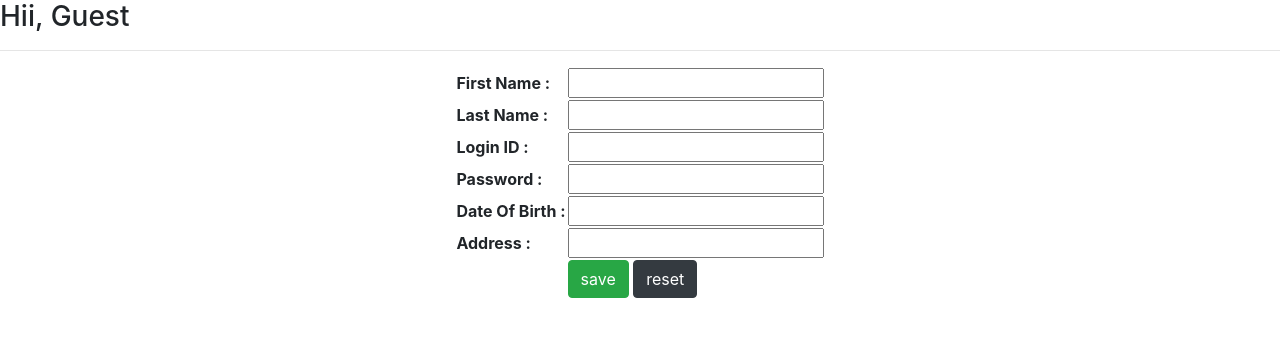
Repository: NikhilKhandait/Spring_MVC
Page: http://localhost/spring-mvc/WEB-INF/pages/UserView.jsp
These files come from the project's save history. The page is drawn as it stood at one moment and after the next save; the edit follows.
The browser window is 1280 px wide. The pictures show the whole page.
Some web libraries are served in a nearby version. The page is served by Tomcat 9. Nobody is signed in. Other server files are loaded and not shown. The template is opened directly, without the code that normally fills it, so the values that code supplies are empty.

Above is the page before, as saved 2024-05-24 06:40:16.

### New folder/Spring-mvc/spring-mvc/src/main/webapp/WEB-INF/pages/UserView.jsp
<%@ page language="java" contentType="text/html; charset=ISO-8859-1"
	pageEncoding="ISO-8859-1"%>
<%@ page isELIgnored="false"%>
<%@taglib uri="http://java.sun.com/jsp/jstl/core" prefix="c"%>
<%@taglib uri="http://www.springframework.org/tags/form" prefix="sf"%>
<%@taglib uri="http://www.springframework.org/tags" prefix="s"%>
<!DOCTYPE html>
<html>
<head>
<meta charset="ISO-8859-1">
<title>Insert title here</title>
</head>
<body>
	<%@ include file="Header.jsp"%>
	<sf:form method="post" modelAttribute="form">
		<div align="center">

			<c:if test="${form.id>0}">
				<h1 style="color: navy">Update User</h1>
			</c:if>
			<c:if test="${form.id==0}">
				<h1 style="color: navy">Add User</h1>
			</c:if>
			<table>
				<tr>
					<th align="left">First Name :</th>
					<td><sf:input path="firstName" /></td>
				</tr>
				<tr>
					<th align="left">Last Name :</th>
					<td><sf:input path="lastName" /></td>
				</tr>
				<tr>
					<th align="left">Login ID :</th>
					<td><sf:input path="login" /></td>
				</tr>
				<tr>
					<th align="left">Password :</th>
					<td><sf:input path="password" /></td>
				</tr>
				<tr>
					<th align="left">Date Of Birth :</th>
					<td><sf:input path="dob" /></td>
				</tr>
				<tr>
					<th align="left">Address :</th>
					<td><sf:input path="address" /></td>
				</tr>
				<tr>
					<th></th>
					<td><input type="submit" name="operation" class="btn btn-success" value="save">
					<input type="submit" name="operation" class="btn btn-dark" value="reset">
					</td>
				</tr>

			</table>
		</div>
	</sf:form>
	<%-- <%@ include file="Footer.jsp"%> --%>
</body>
</html>

### New folder/Spring-mvc/spring-mvc/src/main/webapp/WEB-INF/pages/Header.jsp
<%@ page language="java" contentType="text/html; charset=ISO-8859-1"
	pageEncoding="ISO-8859-1"%>
<%@ page isELIgnored="false"%>
<%@taglib uri="http://java.sun.com/jsp/jstl/core" prefix="c"%>
<%@taglib uri="http://www.springframework.org/tags/form" prefix="sf"%>
<%@taglib uri="http://www.springframework.org/tags" prefix="s"%>
<!DOCTYPE html>
<html>
<head>
<meta charset="ISO-8859-1">
<title>Insert title here</title>
<link rel="stylesheet"
	href="https://use.fontawesome.com/releases/v5.6.3/css/all.css"
	integrity="sha384-UHRtZLI+pbxtHCWp1t77Bi1L4ZtiqrqD80Kn4Z8NTSRyMA2Fd33n5dQ8lWUE00s/"
	crossorigin="anonymous">


<link rel="stylesheet"
	href="https://maxcdn.bootstrapcdn.com/bootstrap/4.4.1/css/bootstrap.min.css">
<script
	src="https://ajax.googleapis.com/ajax/libs/jquery/3.4.1/jquery.min.js"></script>
<script
	src="https://maxcdn.bootstrapcdn.com/bootstrap/4.4.1/js/bootstrap.min.js"></script>
<style type="text/css">
.reg {
	background-image: linear-gradient(to right, #d7d2cc 0%, #304352 100%);
}
</style>

</head>
<body>
<div style="color: black">
	<c:if test="${not empty sessionScope.user}">
		<h3 align="center">
			Hii,

			<c:out value="${sessionScope.user.firstName}"></c:out>
			&ensp;

			   <a href="<c:url value="/User"/>" class="btn btn-info" >Add User</a> | <a
				href="<c:url value="/User/search"/>" class="btn btn-warning">User List</a> | <a
				href="<c:url value="/Login?operation=logout"/>"class="btn btn-danger">Logout</a>
		</h3>
	</c:if>

	</div>
	<c:if test="${empty sessionScope.user}">
		<h3>Hii, Guest</h3>
	</c:if>
	<hr>
</body>
</html>

After the next save:
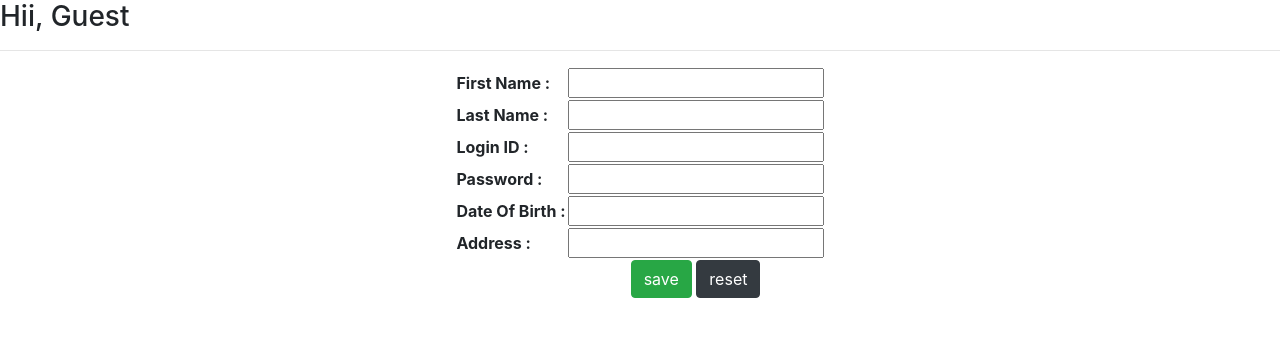
Saved 86 s later.
--- a/New folder/Spring-mvc/spring-mvc/src/main/webapp/WEB-INF/pages/UserView.jsp
+++ b/New folder/Spring-mvc/spring-mvc/src/main/webapp/WEB-INF/pages/UserView.jsp
@@ -48,7 +48,7 @@
 				</tr>
 				<tr>
 					<th></th>
-					<td><input type="submit" name="operation" class="btn btn-success" value="save">
+					<td align="center"><input type="submit" name="operation" class="btn btn-success" value="save">
 					<input type="submit" name="operation" class="btn btn-dark" value="reset">
 					</td>
 				</tr>
